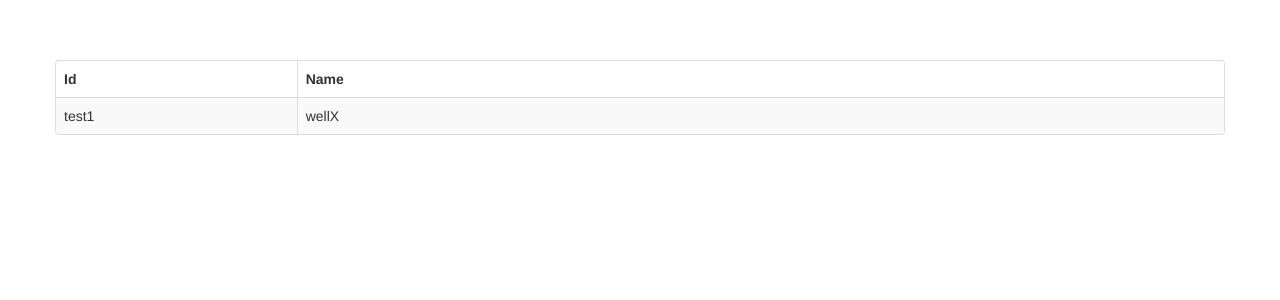
Repository: Statoil/RealTimeViz
Page: client/wellbore.html
The author's editor kept a record of every edit. The page is drawn from the files as they stood at one moment, then again after the next edit.
The browser window is 1280 px wide. The pictures show the whole page.

Above is the page before.

### client/wellbore.html
<!doctype html>
<html lang="en" ng-app>
  <head>
    <title>Wellbores</title>
    <meta name="viewport" content="width=device-width, initial-scale=1.0">
    <link rel="stylesheet" href="/css/bootstrap.min.css">
    <link rel="stylesheet" href="/css/bootstrap-responsive.min.css">
    <style>
      body {
        padding-top: 60px;
      }
    </style>
  </head>
  <body>
    <div class="container" ng-controller="WellboreController">
        <table class="table table-striped table-bordered">
            <thead>
              <tr>
                <th class="span2">Id</th>
                <th class="span7">Name</th>
              </tr>
            </thead>
            <tbody>
                <tr>
                <td class="span2">test1</td>
                <td class="span7">wellX</td>
              </tr>
              <tr ng-repeat="wellbore in wellboreList">
                <td class="span2" ng-bind="wellbore.uid"></td>
                <td class="span7" ng-bind="wellbore.name"></td>
              </tr>
            </tbody>
          </table>

    </div>

    <script src="/js/jquery.min.js"></script>
    <script src="/js/bootstrap.min.js"></script>
    <script src="/js/angular.min.js"></script>
    <script src="js/wellbore.js"></script>
  </body>
</html>

Loaded but not shown: client/css/bootstrap.min.css (library); client/css/bootstrap-responsive.min.css (library); client/js/jquery.min.js (library); client/js/bootstrap.min.js (library); client/js/angular.min.js (library); client/js/wellbore.js (no copy from this time; the picture is the same without it)

After the next edit:
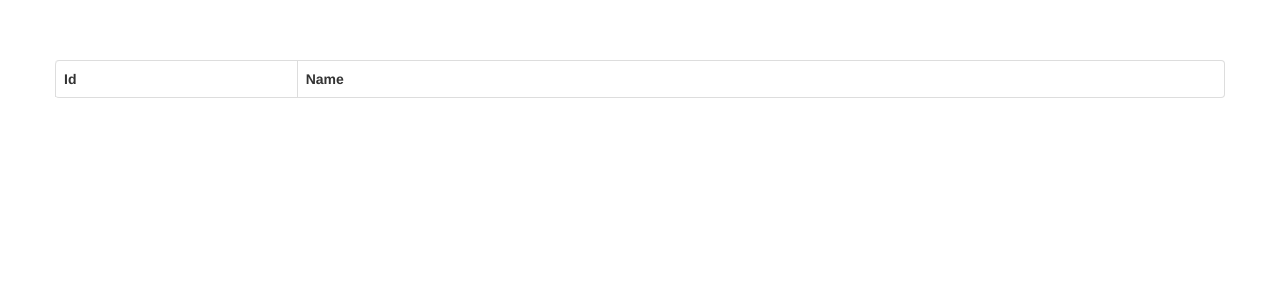
The edit:
--- a/client/wellbore.html
+++ b/client/wellbore.html
@@ -21,10 +21,6 @@
               </tr>
             </thead>
             <tbody>
-                <tr>
-                <td class="span2">test1</td>
-                <td class="span7">wellX</td>
-              </tr>
               <tr ng-repeat="wellbore in wellboreList">
                 <td class="span2" ng-bind="wellbore.uid"></td>
                 <td class="span7" ng-bind="wellbore.name"></td>
